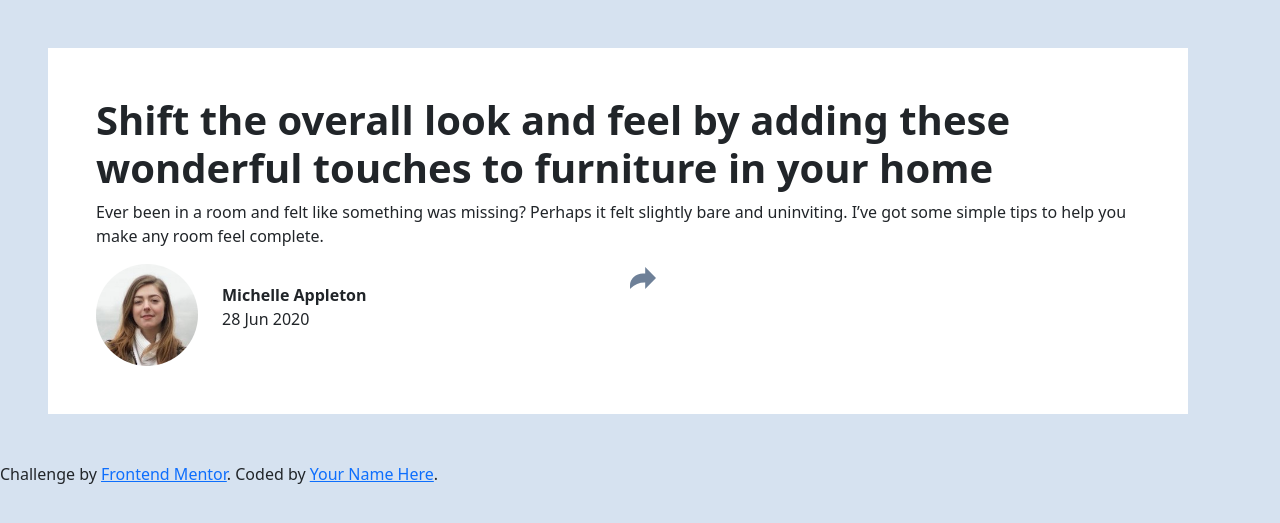
Repository: blordeus/article-preview-component
Page: index.html
The author's editor kept a copy of each file at every save. The page is drawn from the files as they stood at one save, then again after a run of saves.
The browser window is 1280 px wide. The pictures show the whole page.

Above is the page before, as saved 2024-05-17 10:51:33.

### index.html
<!DOCTYPE html>
<html lang="en">
<head>
  <meta charset="UTF-8">
  <meta name="viewport" content="width=device-width, initial-scale=1.0"> <!-- displays site properly based on user's device -->

  <link rel="icon" type="image/png" sizes="32x32" href="./images/favicon-32x32.png">
  <link href="https://cdn.jsdelivr.net/npm/bootstrap@5.3.3/dist/css/bootstrap.min.css" rel="stylesheet" integrity="sha384-QWTKZyjpPEjISv5WaRU9OFeRpok6YctnYmDr5pNlyT2bRjXh0JMhjY6hW+ALEwIH" crossorigin="anonymous">
  <script src defer="https://cdn.jsdelivr.net/npm/bootstrap@5.3.3/dist/js/bootstrap.bundle.min.js" integrity="sha384-YvpcrYf0tY3lHB60NNkmXc5s9fDVZLESaAA55NDzOxhy9GkcIdslK1eN7N6jIeHz" crossorigin="anonymous"></script>
  <link rel="stylesheet" href="style.css">
  <title>Frontend Mentor | Article preview component</title>

</head>
<body>

  <main class="bg-color m-5 p-5 container">

    <section>
      <h1 class="text-color fw-bold">Shift the overall look and feel by adding these wonderful touches to furniture in your home</h1>

      <p>
        Ever been in a room and felt like something was missing? Perhaps
        it felt slightly bare and uninviting. I’ve got some simple tips
        to help you make any room feel complete.
      </p>
      <div class="row">
        <div class="col d-flex">
          <img id="avatar" src="./images/avatar-michelle.jpg" alt="michelle">
            <div class="ms-4 vstack my-auto">
              <p class="fw-bold">Michelle Appleton <br> <span class="fw-normal">28 Jun 2020</span></p>
            </div>
          </div>
          <div class="col">
            <img id="share" src="./images/icon-share.svg" alt="share">
          </div>
        </div>
      </div>
    </section>

  </main>
  <div class="attribution">
    Challenge by <a href="https://www.frontendmentor.io?ref=challenge" target="_blank">Frontend Mentor</a>.
    Coded by <a href="#">Your Name Here</a>.
  </div>
</body>
</html>

### style.css
/* root */
:root {
    --white: hsl(0, 0%, 100%);
    --light-gray: hsl(212, 45%, 89%);
    --grayish-blue: hsl(220, 15%, 55%);
    --dark-blue: hsl(218, 44%, 22%);
}

body {
    background-color: var(--light-gray);
}

main {
    background-color: var(--white);
}

#avatar {
    /* make round */
    border-radius: 50%;
    /* make image smaller */
    width: 20%;
}

#share {
    width: 5%;
    /* add gra */
}

After the next 10 saves:
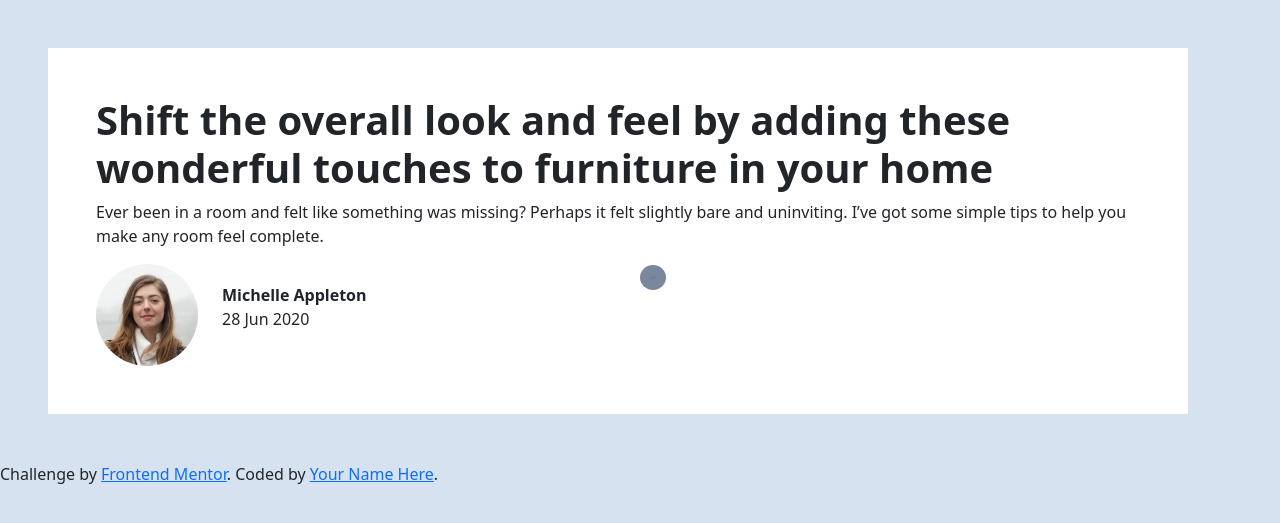
The 10 saves are shown as one change because they came seconds apart.
The last was saved 31 s later.
--- a/style.css
+++ b/style.css
@@ -23,5 +23,12 @@ main {
 
 #share {
     width: 5%;
-    /* add gra */
+    /* add grayish blue circle as background to icon */
+    background-color: var(--grayish-blue);
+    border-radius: 50%;
+    padding: 10px;
+    /* center icon */
+    margin-left: 10px;
+    margin-right: 10px;
+
 }
